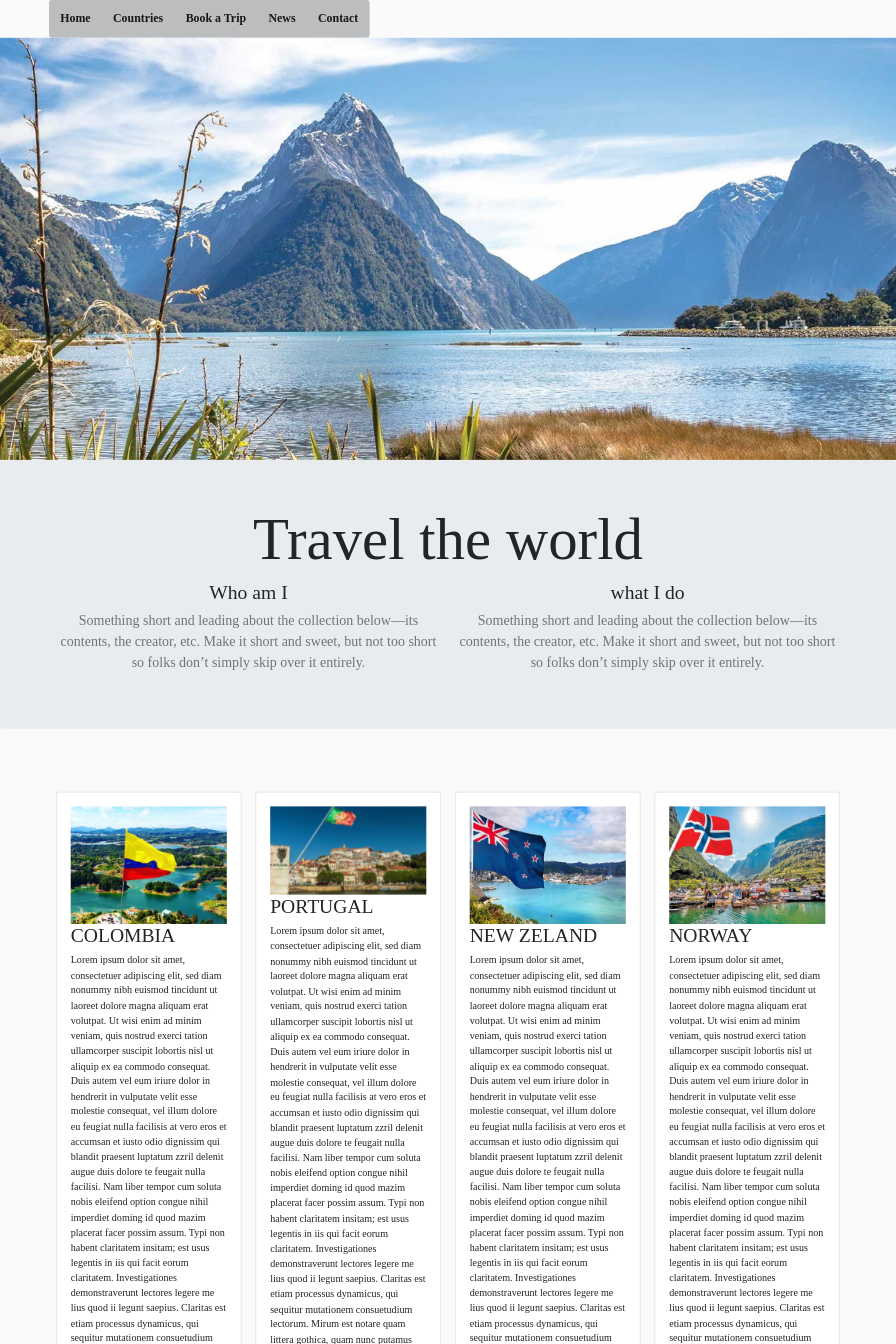
Repository: cachimiro/javaScript-project
Page: index.html
The author's editor kept a record of every edit. The page is drawn from the files as they stood at one moment, then again after the next edit.
The browser window is 1280 px wide. The pictures show the part of the page from y = 0 to 1920 px (the page is 3573 px tall), at 70% of full size.

Above is the page before.

### index.html
<!doctype html>
<html lang="en">

<head>
	<meta charset="utf-8">
	<meta name="viewport" content="width=device-width, initial-scale=1, shrink-to-fit=no">
	<meta name="description" content="">
	<meta name="author" content="Mark Otto, Jacob Thornton, and Bootstrap contributors">
	<meta name="generator" content="Jekyll v3.8.5">
	<title>Travell</title>
	<link rel="stylesheet" href="https://stackpath.bootstrapcdn.com/bootstrap/4.3.1/css/bootstrap.min.css" integrity="sha384-ggOyR0iXCbMQv3Xipma34MD+dH/1fQ784/j6cY/iJTQUOhcWr7x9JvoRxT2MZw1T" crossorigin="anonymous">


	<link rel="stylesheet" href="css/album.css" type="text/css" />


</head>

<body>
	<header>
		<div class="container">
			<div class="row">
		<div id="navbar">
			<a href="#">Home</a>
			<a href="#">Countries</a>
			<a href="#">Book a Trip</a>
			<a href="#">News</a>
			<a href="#">Contact</a>
		</div>
		</div>
		</div>
	</header>
	<div class="slideshow-container">
		<div class="mySlides ">
			<img src="photos/guatape.jpg" style="width:100%">
		</div>
		<div class="mySlides ">
			<img src="photos/guatape.jpg" style="width:100%">
		</div>
		<div class="mySlides ">
			<img src="photos/new.jpg" style="width:100%">
		</div>
		<div class="mySlides ">
			<img src="photos/new.jpg" style="width:100%">
		</div>
		<div class="mySlides ">
			<img src="photos/port.jpg" style="width:100%">
		</div>
		<div class="mySlides ">
			<img src="photos/norway.jpg" style="width:100%">
		</div>
		<div class="mySlides ">
			<img src="photos/norway.jpg" style="width:100%">

		</div>
	</div>




	<main role="main">

		<section class="jumbotron text-center">
			<div class="container">
				<div class="row">
					<h1 class="col-md-12 jumbotron-heading">Travel the world</h1>
				</div>
				<div class="row">
					<div class="col-6">
						<h3>Who am I</h3>
						<p class=" lead text-muted">Something short and leading about the collection below—its contents, the creator, etc. Make it short and sweet, but not too short so folks don’t simply skip over it entirely.</p>
					</div>
					<div class="col-6">
						<h3>what I do</h3>
						<p class=" lead text-muted">Something short and leading about the collection below—its contents, the creator, etc. Make it short and sweet, but not too short so folks don’t simply skip over it entirely.</p>
					</div>
				</div>

			</div>
		</section>

		<div class="album py-5 bg-light">
			<div class="container">
				<div class="row">

					<div class="col-sx-12  col-md-3 card stream1">
						<img class="card_image" src="pictures/col.jpg" alt="colombia">
						<div class="card_bottom">
							<h2 class="card_head">COLOMBIA</h2>
							<p class="card_para"> Lorem ipsum dolor sit amet, consectetuer adipiscing elit, sed diam nonummy nibh euismod tincidunt ut laoreet dolore magna aliquam erat volutpat. Ut wisi enim ad minim veniam, quis nostrud exerci tation ullamcorper suscipit lobortis nisl ut aliquip
								ex ea commodo consequat. Duis autem vel eum iriure dolor in hendrerit in vulputate velit esse molestie consequat, vel illum dolore eu feugiat nulla facilisis at vero eros et accumsan et iusto odio dignissim qui blandit praesent luptatum zzril
								delenit augue duis dolore te feugait nulla facilisi. Nam liber tempor cum soluta nobis eleifend option congue nihil imperdiet doming id quod mazim placerat facer possim assum. Typi non habent claritatem insitam; est usus legentis in iis qui facit
								eorum claritatem. Investigationes demonstraverunt lectores legere me lius quod ii legunt saepius. Claritas est etiam processus dynamicus, qui sequitur mutationem consuetudium lectorum. Mirum est notare quam littera gothica, quam nunc putamus parum
								claram, anteposuerit litterarum formas humanitatis per seacula quarta decima et quinta decima. Eodem modo typi, qui nunc nobis videntur parum clari, fiant sollemnes in futurum. </p>
							<a href="" class="bottom_button">Button</a>
						</div>
					</div>
					<div class="col-sx-12 col-md-3 card stream3">
						<img class="card_image" src="pictures/portu.jpg" alt="portugal">
						<h2 class="card_head">PORTUGAL</h2>
						<p class="card_para"> Lorem ipsum dolor sit amet, consectetuer adipiscing elit, sed diam nonummy nibh euismod tincidunt ut laoreet dolore magna aliquam erat volutpat. Ut wisi enim ad minim veniam, quis nostrud exerci tation ullamcorper suscipit lobortis nisl ut aliquip
							ex ea commodo consequat. Duis autem vel eum iriure dolor in hendrerit in vulputate velit esse molestie consequat, vel illum dolore eu feugiat nulla facilisis at vero eros et accumsan et iusto odio dignissim qui blandit praesent luptatum zzril delenit
							augue duis dolore te feugait nulla facilisi. Nam liber tempor cum soluta nobis eleifend option congue nihil imperdiet doming id quod mazim placerat facer possim assum. Typi non habent claritatem insitam; est usus legentis in iis qui facit eorum
							claritatem. Investigationes demonstraverunt lectores legere me lius quod ii legunt saepius. Claritas est etiam processus dynamicus, qui sequitur mutationem consuetudium lectorum. Mirum est notare quam littera gothica, quam nunc putamus parum claram,
							anteposuerit litterarum formas humanitatis per seacula quarta decima et quinta decima. Eodem modo typi, qui nunc nobis videntur parum clari, fiant sollemnes in futurum.</p> <a href="" class="bottom_button">Button</a>
					</div>

					<div class="col-sx-12 col-md-3 card stream2">
						<img class="card_image" src="pictures/newz.jpg" alt="new zeland">
						<h2 class="card_head">NEW ZELAND</h2>
						<p class="card_para">Lorem ipsum dolor sit amet, consectetuer adipiscing elit, sed diam nonummy nibh euismod tincidunt ut laoreet dolore magna aliquam erat volutpat. Ut wisi enim ad minim veniam, quis nostrud exerci tation ullamcorper suscipit lobortis nisl ut aliquip
							ex ea commodo consequat. Duis autem vel eum iriure dolor in hendrerit in vulputate velit esse molestie consequat, vel illum dolore eu feugiat nulla facilisis at vero eros et accumsan et iusto odio dignissim qui blandit praesent luptatum zzril delenit
							augue duis dolore te feugait nulla facilisi. Nam liber tempor cum soluta nobis eleifend option congue nihil imperdiet doming id quod mazim placerat facer possim assum. Typi non habent claritatem insitam; est usus legentis in iis qui facit eorum
							claritatem. Investigationes demonstraverunt lectores legere me lius quod ii legunt saepius. Claritas est etiam processus dynamicus, qui sequitur mutationem consuetudium lectorum. Mirum est notare quam littera gothica, quam nunc putamus parum claram,
							anteposuerit litterarum formas humanitatis per seacula quarta decima et quinta decima. Eodem modo typi, qui nunc nobis videntur parum clari, fiant sollemnes in futurum.</p> <a href="" class="bottom_button">Button</a>
					</div>
					<div class="col-sx-12 col-md-3 card stream1">
						<img class="card_image" src="pictures/noruega.jpg" alt="norway">
						<div class="card_bottom">
							<h2 class="card_head">NORWAY</h2>
							<p class="card_para">Lorem ipsum dolor sit amet, consectetuer adipiscing elit, sed diam nonummy nibh euismod tincidunt ut laoreet dolore magna aliquam erat volutpat. Ut wisi enim ad minim veniam, quis nostrud exerci tation ullamcorper suscipit lobortis nisl ut aliquip
								ex ea commodo consequat. Duis autem vel eum iriure dolor in hendrerit in vulputate velit esse molestie consequat, vel illum dolore eu feugiat nulla facilisis at vero eros et accumsan et iusto odio dignissim qui blandit praesent luptatum zzril
								delenit augue duis dolore te feugait nulla facilisi. Nam liber tempor cum soluta nobis eleifend option congue nihil imperdiet doming id quod mazim placerat facer possim assum. Typi non habent claritatem insitam; est usus legentis in iis qui facit
								eorum claritatem. Investigationes demonstraverunt lectores legere me lius quod ii legunt saepius. Claritas est etiam processus dynamicus, qui sequitur mutationem consuetudium lectorum. Mirum est notare quam littera gothica, quam nunc putamus parum
								claram, anteposuerit litterarum formas humanitatis per seacula quarta decima et quinta decima. Eodem modo typi, qui nunc nobis videntur parum clari, fiant sollemnes in futurum.</p><a href="" class="bottom_button">Button</a>
						</div>
					</div>
				</div>
				<div class="row">
					<div class="col-sx-12 col-md-6 card stream3">
						<img class="card_image" src="pictures/islandia.jpg" alt="iceland">
						<h2 class="card_head">ICELAND</h2>
						<p class="card_para">Lorem ipsum dolor sit amet, consectetuer adipiscing elit, sed diam nonummy nibh euismod tincidunt ut laoreet dolore magna aliquam erat volutpat. Ut wisi enim ad minim veniam, quis nostrud exerci tation ullamcorper suscipit lobortis nisl ut aliquip
							ex ea commodo consequat. Duis autem vel eum iriure dolor in hendrerit in vulputate velit esse molestie consequat, vel illum dolore eu feugiat nulla facilisis at vero eros et accumsan et iusto odio dignissim qui blandit praesent luptatum zzril delenit
							augue duis dolore te feugait nulla facilisi. Nam liber tempor cum soluta nobis eleifend option congue nihil imperdiet doming id quod mazim placerat facer possim assum. Typi non habent claritatem insitam; est usus legentis in iis qui facit eorum
							claritatem. Investigationes demonstraverunt lectores legere me lius quod ii legunt saepius. Claritas est etiam processus dynamicus, qui sequitur mutationem consuetudium lectorum. Mirum est notare quam littera gothica, quam nunc putamus parum claram,
							anteposuerit litterarum formas humanitatis per seacula quarta decima et quinta decima. Eodem modo typi, qui nunc nobis videntur parum clari, fiant sollemnes in futurum.</p> <a href="" class="bottom_button">Button</a>
					</div>
					<div class="col-sx-12 col-md-6 card stream1">
						<img class="card_image" src="pictures/usa.jpg" alt="usa">
						<h2 class="card_head">USA</h2>
						<p class="card_para">Lorem ipsum dolor sit amet, consectetuer adipiscing elit, sed diam nonummy nibh euismod tincidunt ut laoreet dolore magna aliquam erat volutpat. Ut wisi enim ad minim veniam, quis nostrud exerci tation ullamcorper suscipit lobortis nisl ut aliquip
							ex ea commodo consequat. Duis autem vel eum iriure dolor in hendrerit in vulputate velit esse molestie consequat, vel illum dolore eu feugiat nulla facilisis at vero eros et accumsan et iusto odio dignissim qui blandit praesent luptatum zzril delenit
							augue duis dolore te feugait nulla facilisi. Nam liber tempor cum soluta nobis eleifend option congue nihil imperdiet doming id quod mazim placerat facer possim assum. Typi non habent claritatem insitam; est usus legentis in iis qui facit eorum
							claritatem. Investigationes demonstraverunt lectores legere me lius quod ii legunt saepius. Claritas est etiam processus dynamicus, qui sequitur mutationem consuetudium lectorum. Mirum est notare quam littera gothica, quam nunc putamus parum claram,
							anteposuerit litterarum formas humanitatis per seacula quarta decima et quinta decima. Eodem modo typi, qui nunc nobis videntur parum clari, fiant sollemnes in futurum.</p> <a href="" class="bottom_button">Button</a>
					</div>
				</div>



				<footer>

					<p>
						<a href="#">Back to top</a>
					</p>
					<p>Album example is Bootstrap, but please download and customize it for yourself!</p>
					<p>New to Bootstrap? <a href="#">Visit the homepage</a> or read our <a href="#">getting started guide</a>.</p>


					<script type="text/javascript" src="js/script.js"></script>
				</footer>
</body>

</html>

### css/album.css
/*!
 * Bootstrap v4.3.1 (https://getbootstrap.com/)
 * Copyright 2011-2019 The Bootstrap Authors
 * Copyright 2011-2019 Twitter, Inc.
 * Licensed under MIT (https://github.com/twbs/bootstrap/blob/master/LICENSE)
  all of this is a bootsrap code*/





body {
    margin: 0;
    font-family:'Amatic SC', cursive;
    font-size: 1rem;
    font-weight: 400;
    line-height: 1.5;
    color: #212529;
    text-align: left;
    background-color: #fafafa;
}




hr {
    box-sizing: content-box;
    height: 0;
    overflow: visible
}

h1,h2,h3,h4,h5,h6 {
    margin-top: 0;
    margin-bottom: .5rem
}

p {
    margin-top: 0;
    margin-bottom: 1rem
}





ol ol,ol ul,ul ol,ul ul {
    margin-bottom: 0
}


/*---------------------up to here the bootsrap code ends after this is all my code*/

/*-------------------my code*/
body{
    font-family: 'Amatic SC', cursive !important;
}
a{
    font-weight: 600;
    color:#171717 !important;

}
.navbar-brand{
    font-size: 30px !important;
    color: #fafafa;

}

.tittle{
    color: #fafafa;
    text-align: center;
    padding-top: 180px;
   font-weight: 800;
   font-size: 50px;
}
.top-tittle{
  font-family: 'Amatic SC', cursive;
  text-align: center;
}
/*-----------------------image slide show*/
* {box-sizing: border-box;}
body {font-family: 'Amatic SC', cursive;}
.mySlides {display: none;}
img {vertical-align: middle;}


body {
  margin: 0;
  font-size: 28px;
  font-family: 'Amatic SC', cursive;;
}

.header {
  background-color: #fafafa;
  padding: 30px;
  text-align: center;
}

#navbar {
  overflow: hidden;
  background-color: #bbbdbe;
}

  #navbar a {
  float: left;
  display: block;
  color: #f5f0f0;
  text-align: center;
  padding: 14px 16px;
  text-decoration: none;
  font-size: 17px;
}

#navbar a:hover {
  background-color: #fafafa;
  color: #f30864 !important;
}

h1{
	font-size: 3em;
	text-align: center;
}

h2 {
	font-size: 1em;
	text-align: left;
}

p {
	font-size: .9rem;
}

div {
	border-radius: 4px;
}

.card_image {
	width: 100%;
}

.bottom_button {
	display: flex;
	box-sizing:border-box;
	border-radius: 4px;
	display: block;
	width: 100%;
	background-color:rgba(129, 187, 201,.85);
	text-align: center;
	padding: 1em .75em;
	text-decoration: none;
	color: #fff;
}

.card_bottom {
	display: flex;
	flex-flow:column;
}

.card_head {
	flex:0;
}

.card_para {
	flex:1 0 auto;
}

#container {
	display: flex;		/* makes container a flexbox*/
	flex-flow: row wrap; 	/* layout the boxes in rows and wrap them*/
	box-sizing:border-box;
	margin-right:auto;
	margin-left:auto;
	max-width:1050px;
}

#logo {
	width: 800px;
	margin: auto;
}

.card {
	flex:1; /* */
	display: flex;	/* make the contents controllable by flexbox*/
	flex-flow:column;	/* */
	min-width: 240px; /**/
	margin: 10px;
	padding: 20px;
	background-color: #fff;
}

.highlight_stream {
	background-color: #EB5255;
}

#my_footer {
	width:100%;
	text-align: center;
}

#copyright {
	margin-top:10px;
	margin-bottom:10px;
}


nav {
	font-family: roboto;
	background-color: #eee;
	margin: 30px auto;
	width: 100%;
}

ul {
	display: flex;
	justify-content:space-between;
	flex-flow: row;
	/*flex-flow: row-reverse;*/
	/*justify-content:flex-end;*/
	/*justify-content:space-around;*/
	/*align-items:flex-start;*/
	align-items:baseline;
	border-radius: 10px;
	list-style-type: none; /*Remove Bullets*/
	padding: 0;
}


li {
	flex:1;
	height: 30px;
	font-family: Dosis;
	padding:20px 20px 20px 20px;
	text-align: center;
	font-size: 1.3em;
}

#logoNav {
	flex:6;
	text-align: left;
	font-size: 2em;
	font-weight: bold;
}

.underline {
    text-decoration:underline;
}

.border {
    border: solid 5px #ccc;
}

@media screen and (max-width: 700px) {
	ul {
		flex-flow: column;
		align-items:center;
    }

	li {
		font-size: 2em;
	}
}
.btn-primary{
    text-align: center !important;
}
footer{
    background-color: #f8f9fa;
}

### js/script.js

// slide show at heeder

function startModal() {
  document.getElementById("myModal").style.display = "block";
}

function endModal() {
  document.getElementById("myModal").style.display = "none";
}

var slideIndex = 0;
showSlides(slideIndex);

var slideIndex = 0;
showSlides();

function showSlides() {
  var i;
  var slides = document.getElementsByClassName("mySlides");
  // makes sure the pictures move 1 by 1

  for (i = 0; i < slides.length; i++) {
    slides[i].style.display = "none";
  }
  slideIndex++;
  if (slideIndex > slides.length) {slideIndex = 1}

  slides[slideIndex-1].style.display = "block";
  [slideIndex-1].className += " active";
  setTimeout(showSlides, 3000);
}

After the next edit:
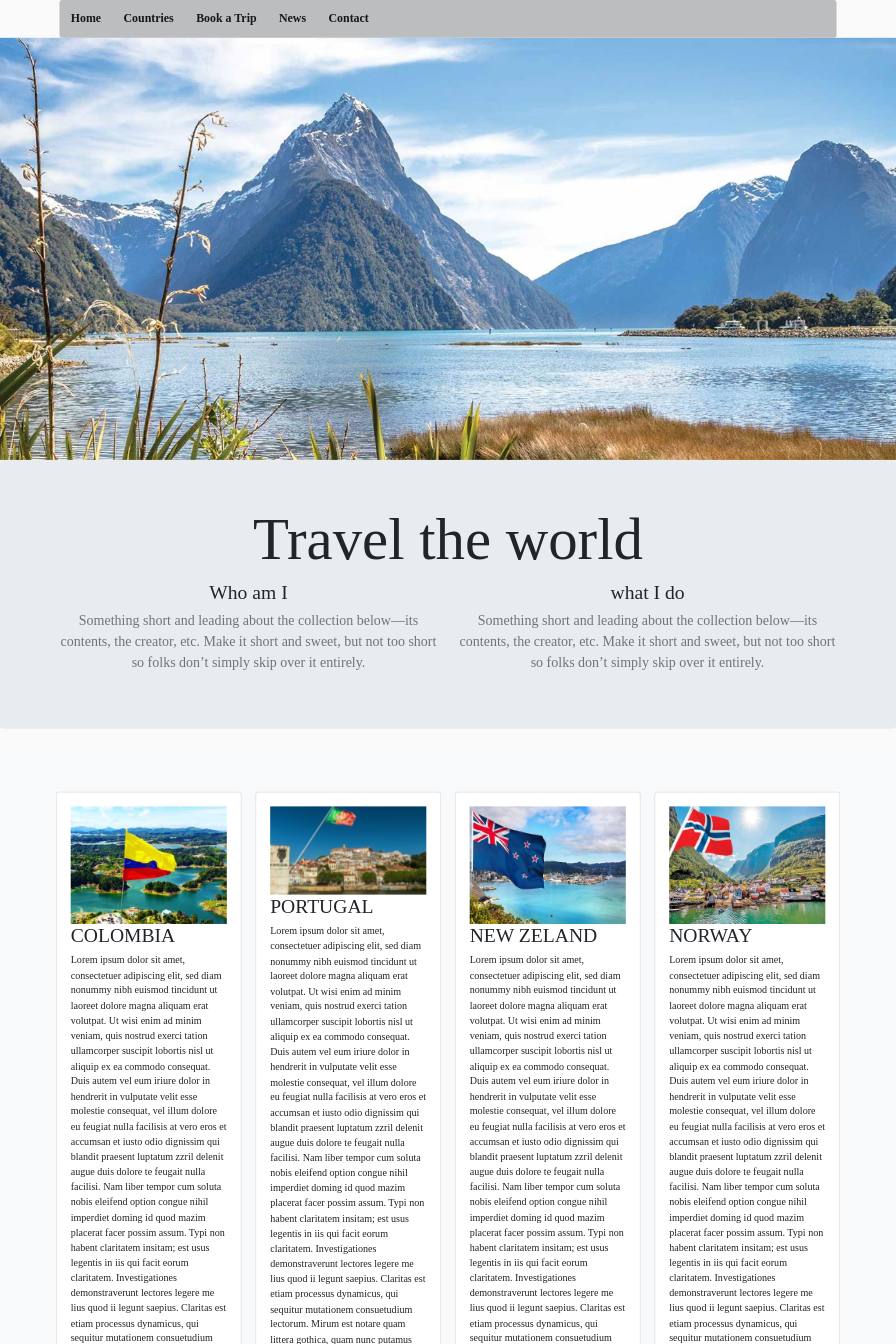
The edit:
--- a/index.html
+++ b/index.html
@@ -20,6 +20,7 @@
 	<header>
 		<div class="container">
 			<div class="row">
+				<div class="col-12">
 		<div id="navbar">
 			<a href="#">Home</a>
 			<a href="#">Countries</a>
